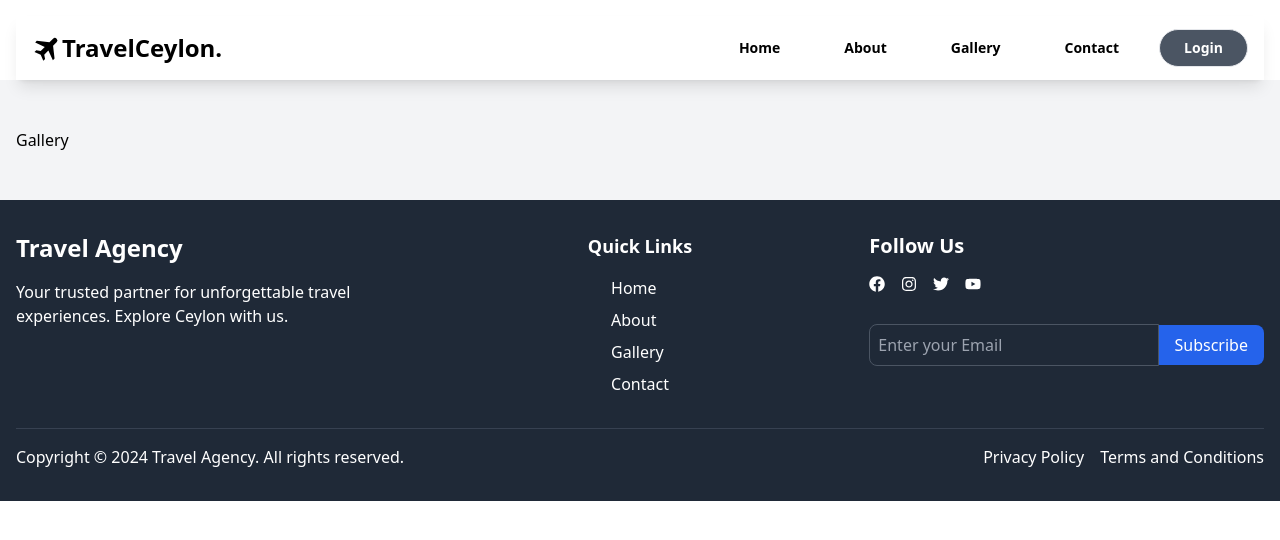
Repository: thisara199/Travel-Agency-Website
Page: /gallery
An editor plug-in stored every save of this project. The page is shown before and after the next save, followed by the edit.
The browser window is 1280 px wide. The pictures show the whole page.
The project was rebuilt for these pictures with package versions that can differ from the ones it lists, and the page was loaded fresh each time. Also part of the build but not shown: vite.config.js, src/components/HeroSection/HeroSection.jsx, src/components/FeaturedDestination/FeaturedDestination.jsx, src/components/Testimonials/Testimonials.jsx, src/components/Banner/Banner.jsx, src/pages/Home.jsx, src/components/TeamMembers/TeamMembers.jsx, src/pages/About.jsx and 1 more.

Above is the page before, as saved 2024-09-04 19:53:40.

After the next save:
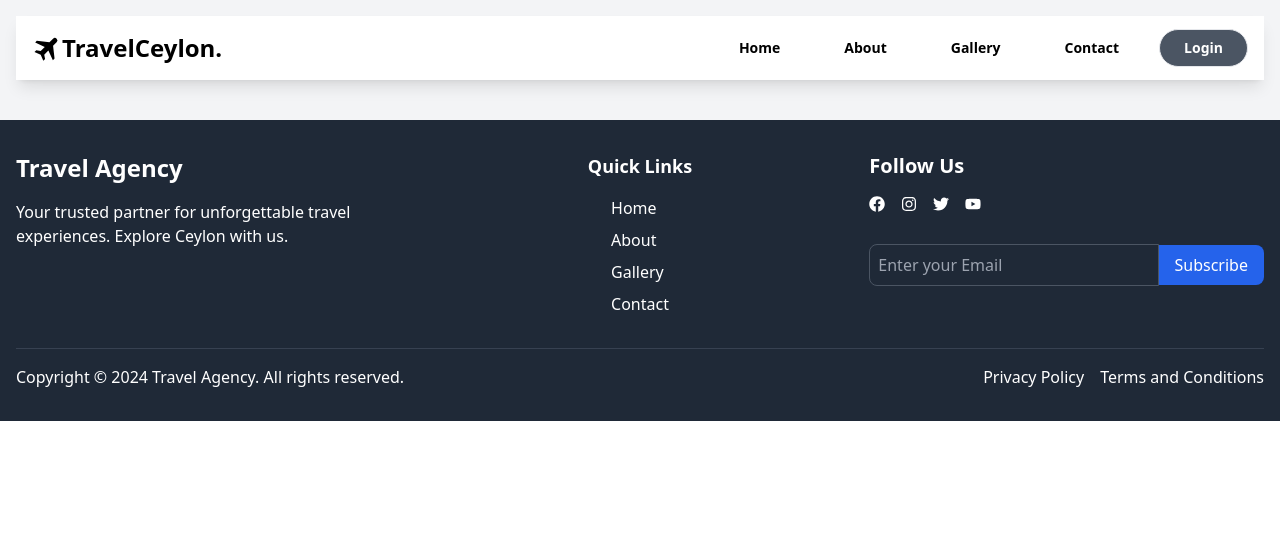
Saved 9 s later.
--- a/src/pages/Gallery.jsx
+++ b/src/pages/Gallery.jsx
@@ -2,7 +2,7 @@
 
 const Gallery = () => {
   return (
-    <div className="py-12 mt-20 bg-gray-100">
+    <div className="py-12 bg-gray-100">
       <div className="container px-4 mx-auto">
         <h1>Gallery</h1>
       </div>
